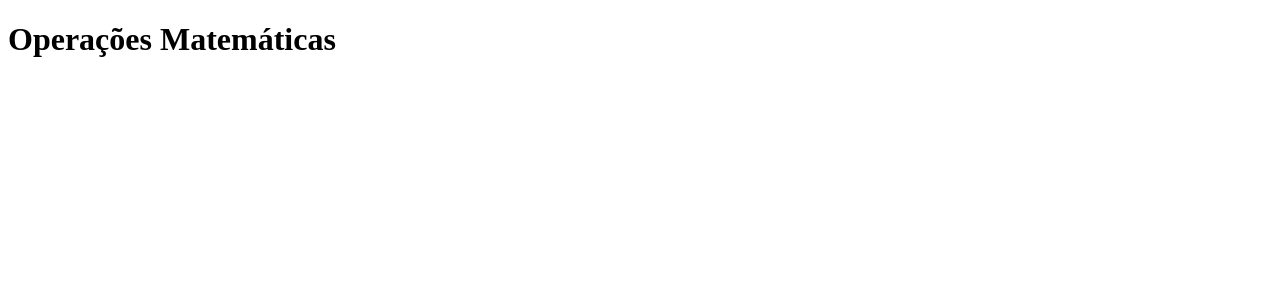
Repository: JulioCesarSF/Java
Page: http://localhost/Exercicio_02-JSPs/operacoes-matematicas.jsp
An editor plug-in stored every save of this project. The page is shown before and after the next save, followed by the edit.
The browser window is 1280 px wide. The pictures show the whole page.
The page is served by Tomcat 9.

Above is the page before, as saved 2016-08-17 18:34:33.

### ProjetosFaculdade/Thiago/Exercicio_02-JSPs/WebContent/operacoes-matematicas.jsp
<%@ page language="java" contentType="text/html; charset=ISO-8859-1"
	pageEncoding="ISO-8859-1"%>
<%@ page import="java.util.List"%>
<%@ page import="java.util.ArrayList"%>
<!DOCTYPE html PUBLIC "-//W3C//DTD HTML 4.01 Transitional//EN" "http://www.w3.org/TR/html4/loose.dtd">
<html>
<head>
<meta http-equiv="Content-Type" content="text/html; charset=ISO-8859-1">
<title>Operações Matemáticas</title>
</head>
<body>

	<div>
		<h1>Operações Matemáticas</h1>
	</div>

	<%
		List<String> o = new ArrayList<>(); //desde java 8 não precisa declarar String no segundo "diamante".
		o.add("Soma");
		o.add("Subtração");
		o.add("Multiplicação");
		o.add("Divisão");
	%>

</body>
</html>

After the next save:
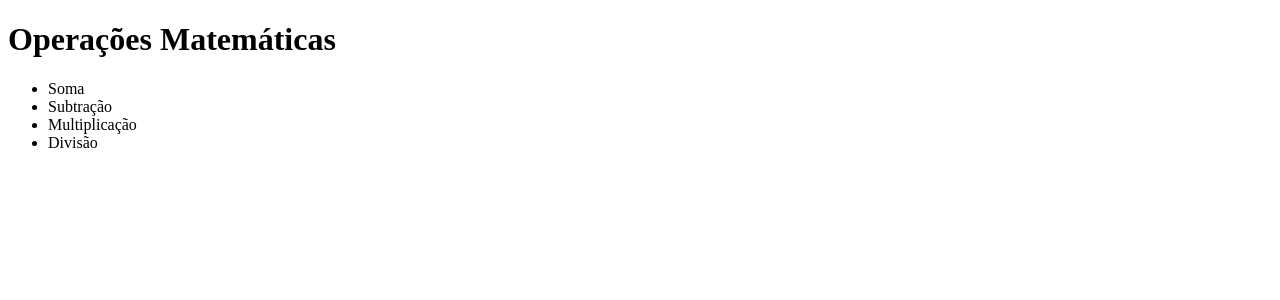
Saved 59 s later.
--- a/ProjetosFaculdade/Thiago/Exercicio_02-JSPs/WebContent/operacoes-matematicas.jsp
+++ b/ProjetosFaculdade/Thiago/Exercicio_02-JSPs/WebContent/operacoes-matematicas.jsp
@@ -22,5 +22,19 @@
 		o.add("Divisão");
 	%>
 
+	<ul>
+
+		<%
+			for (String tipo : o) {
+		%>
+
+		<li><%=tipo%></li>
+
+		<%
+			}
+		%>
+
+	</ul>
+
 </body>
 </html>
